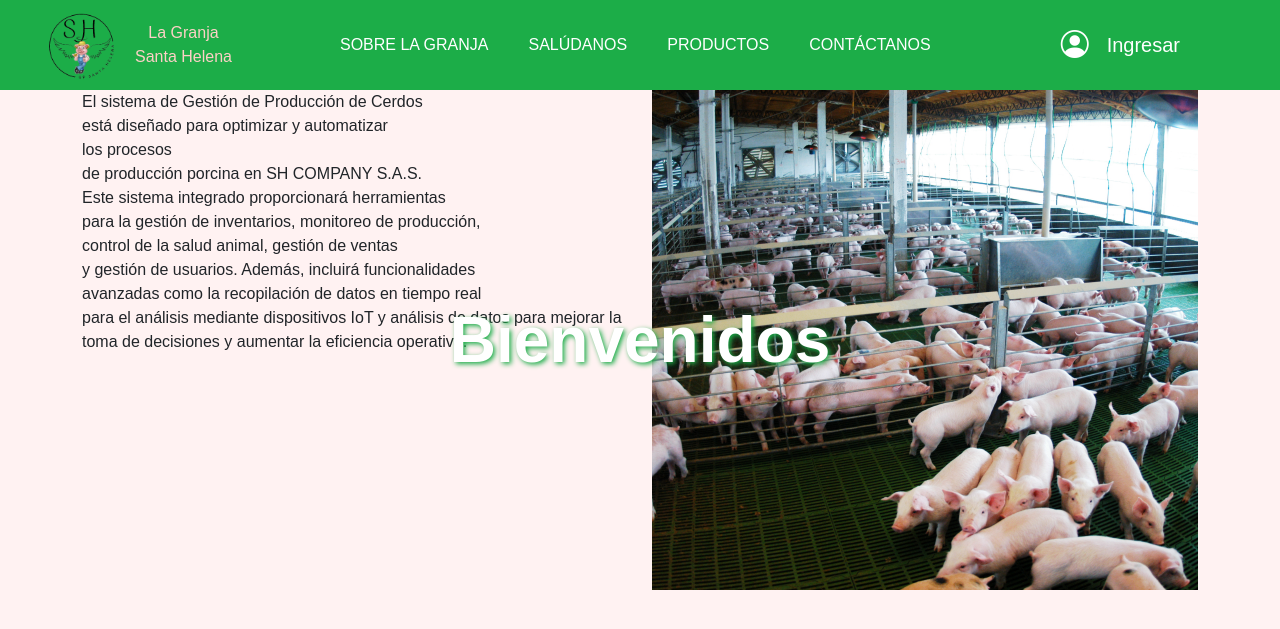
Repository: Mateojimenezz/Granja-Santa-Helena
Page: paginaDeInicio.html
An editor plug-in stored every save of this project. The page is shown before and after the next save, followed by the edit.
The browser window is 1280 px wide. The pictures show the whole page.
Some web fonts or font styles are not loaded; a fallback is used.

Above is the page before, as saved 2025-03-29 16:40:14.

After the next save:
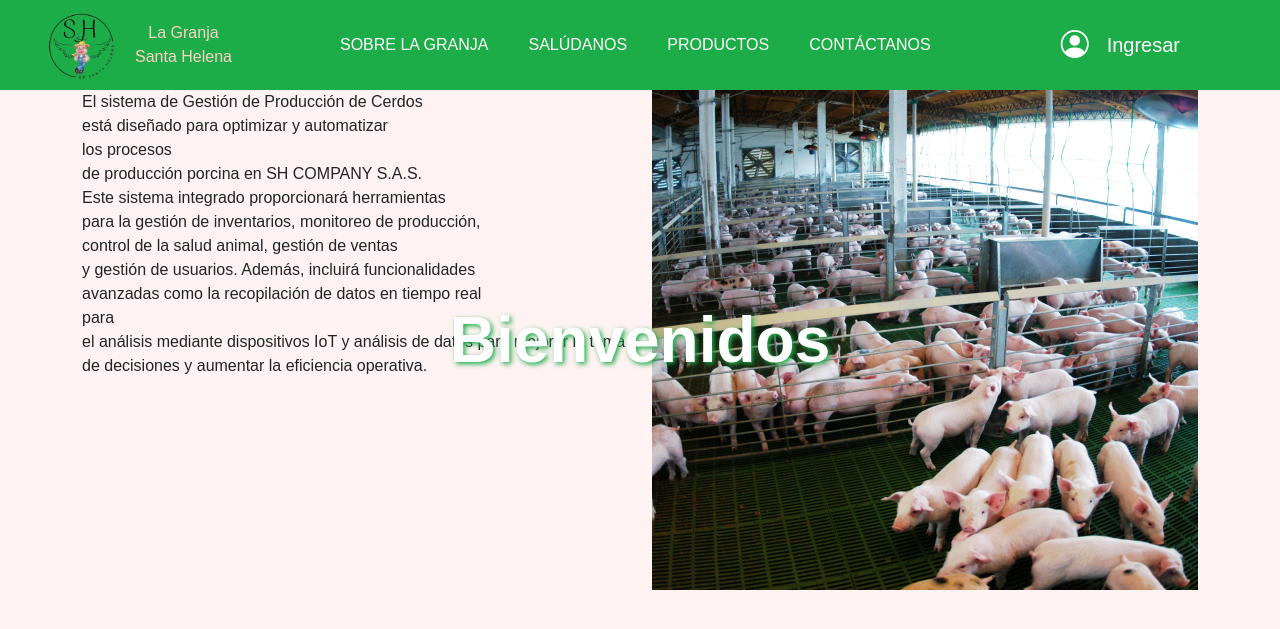
Saved 5 s later.
--- a/paginaDeInicio.html
+++ b/paginaDeInicio.html
@@ -52,7 +52,7 @@
                 los procesos <br> de producción  porcina en SH COMPANY S.A.S. <br> Este sistema integrado proporcionará herramientas <br>  para la gestión de inventarios, monitoreo de producción,
                 <br>control de la salud animal, gestión de ventas <br> y gestión de usuarios.
                 Además, incluirá funcionalidades <br> avanzadas como la recopilación de datos en tiempo real <br>
-                para  el análisis mediante dispositivos IoT y análisis de datos para mejorar la toma de decisiones y aumentar la eficiencia operativa.
+                para <br> el análisis mediante dispositivos IoT y análisis de datos para mejorar la toma de decisiones y aumentar la eficiencia operativa.
 
             </p>
 
